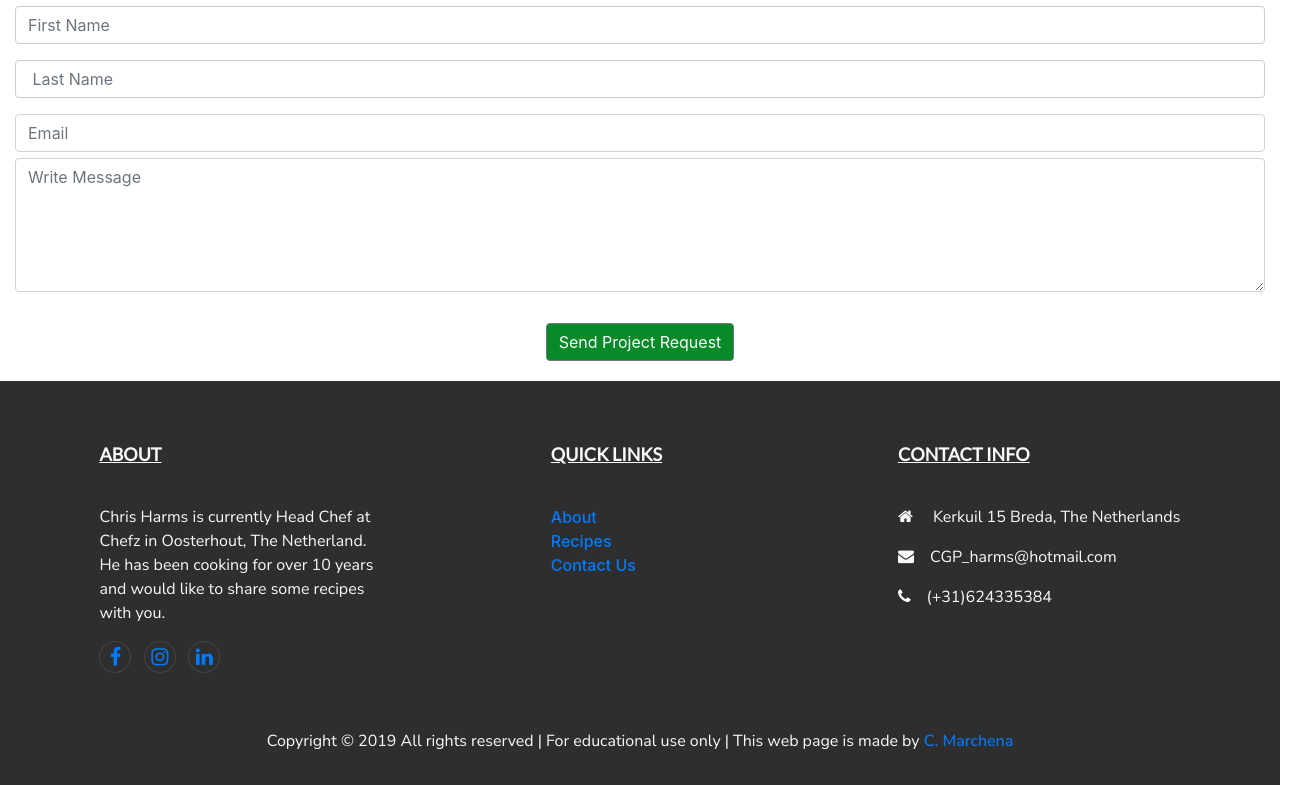
Repository: dugudugu/chris-harms-web
Page: contact.html
The author's editor kept a record of every edit. The page is drawn from the files as they stood at one moment, then again after the next edit.
The browser window is 1280 px wide. The page is 1295 px wide, so the pictures cover 1295 px, including what lies to the right of the window. The pictures show the part of the page from y = 640 to 1425 px (the page is 1425 px tall).
Some web fonts or font styles are not loaded; a fallback is used.

Above is the page before.

After the next edit:
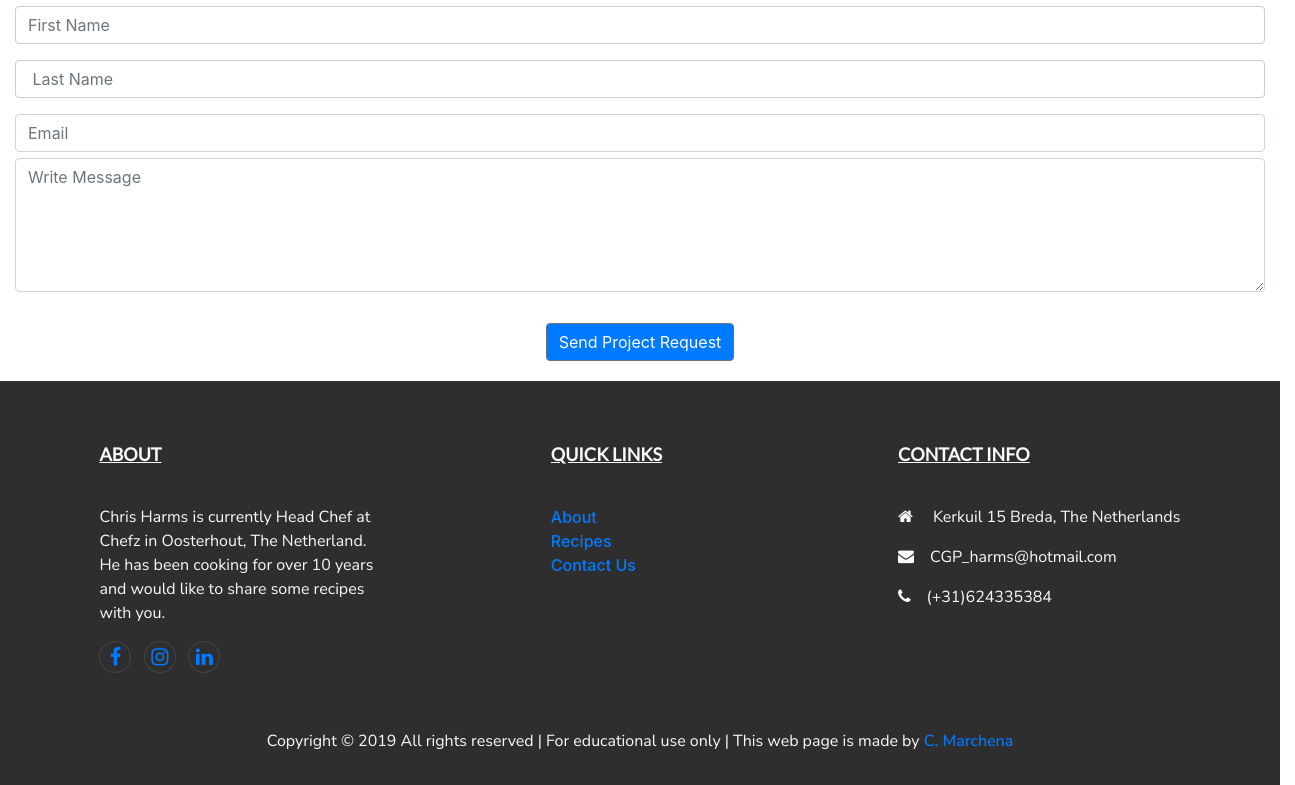
The edit:
--- a/css/contact.css
+++ b/css/contact.css
@@ -77,7 +77,7 @@
     margin-top: 15px;
     margin-bottom: 20px;
     color: #fafafa;
-    background-color: #088A29;
+    background-color: #007bff;
 }
 
 
